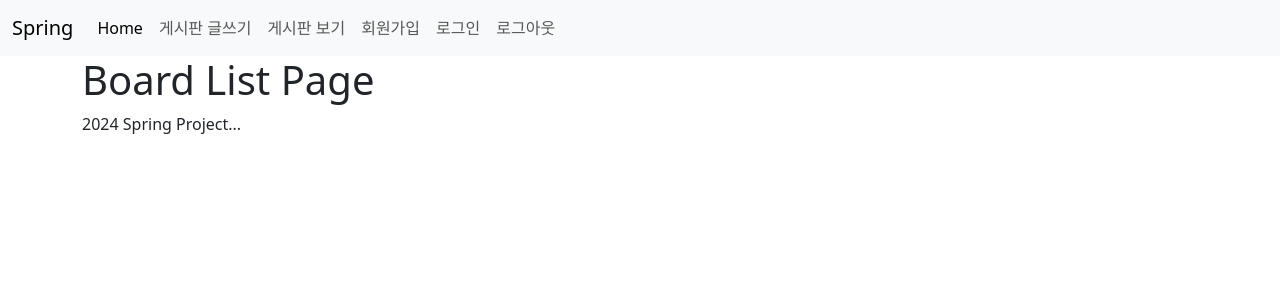
Repository: dhalfks/springTest240430
Page: http://localhost/spring_study/WEB-INF/views/board/list.jsp
These files come from the project's save history. The page is drawn as it stood at one moment and after the next save; the edit follows.
The browser window is 1280 px wide. The pictures show the whole page.
The page is served by Tomcat 9. Nobody is signed in. The template is opened directly, without the code that normally fills it, so the values that code supplies are empty.

Above is the page before, as saved 2024-04-24 03:51:42.

### spring_study/src/main/webapp/WEB-INF/views/board/list.jsp
<%@ page language="java" contentType="text/html; charset=UTF-8"
    pageEncoding="UTF-8"%>

<jsp:include page="../layout/header.jsp" />
<div class="container-md">
	<h1>Board List Page</h1>

</div>
<jsp:include page="../layout/footer.jsp" />

### spring_study/src/main/webapp/WEB-INF/views/layout/header.jsp
<%@ page language="java" contentType="text/html; charset=UTF-8"
    pageEncoding="UTF-8"%>
<!DOCTYPE html>
<html>
<head>
<meta charset="UTF-8">
<title>header.jsp</title>
<link href="https://cdn.jsdelivr.net/npm/bootstrap@5.3.3/dist/css/bootstrap.min.css" rel="stylesheet" integrity="sha384-QWTKZyjpPEjISv5WaRU9OFeRpok6YctnYmDr5pNlyT2bRjXh0JMhjY6hW+ALEwIH" crossorigin="anonymous">
<script src="https://cdn.jsdelivr.net/npm/bootstrap@5.3.3/dist/js/bootstrap.bundle.min.js" integrity="sha384-YvpcrYf0tY3lHB60NNkmXc5s9fDVZLESaAA55NDzOxhy9GkcIdslK1eN7N6jIeHz" crossorigin="anonymous"></script>
</head>
<body>
<nav class="navbar navbar-expand-lg bg-body-tertiary">
  <div class="container-fluid">
    <a class="navbar-brand" href="#">Spring</a>
    <button class="navbar-toggler" type="button" data-bs-toggle="collapse" data-bs-target="#navbarSupportedContent" aria-controls="navbarSupportedContent" aria-expanded="false" aria-label="Toggle navigation">
      <span class="navbar-toggler-icon"></span>
    </button>
    <div class="collapse navbar-collapse" id="navbarSupportedContent">
      <ul class="navbar-nav me-auto mb-2 mb-lg-0">
        <li class="nav-item">
          <a class="nav-link active" aria-current="page" href="/">Home</a>
        </li>
        <li class="nav-item">
          <a class="nav-link" href="/board/register">게시판 글쓰기</a>
        </li>
        <li class="nav-item">
          <a class="nav-link" href="#">게시판 보기</a>
        </li>
        <li class="nav-item">
          <a class="nav-link" href="#">회원가입</a>
        </li>
        <li class="nav-item">
          <a class="nav-link" href="#">로그인</a>
        </li>
        <li class="nav-item">
          <a class="nav-link" href="#">로그아웃</a>
        </li>
       </ul>
    </div>
  </div>
</nav>

### spring_study/src/main/webapp/WEB-INF/views/layout/footer.jsp
<%@ page language="java" contentType="text/html; charset=UTF-8"
    pageEncoding="UTF-8"%>

<div class="container-md">
 	2024 Spring Project...
</div>

</body>
</html>

After the next save:
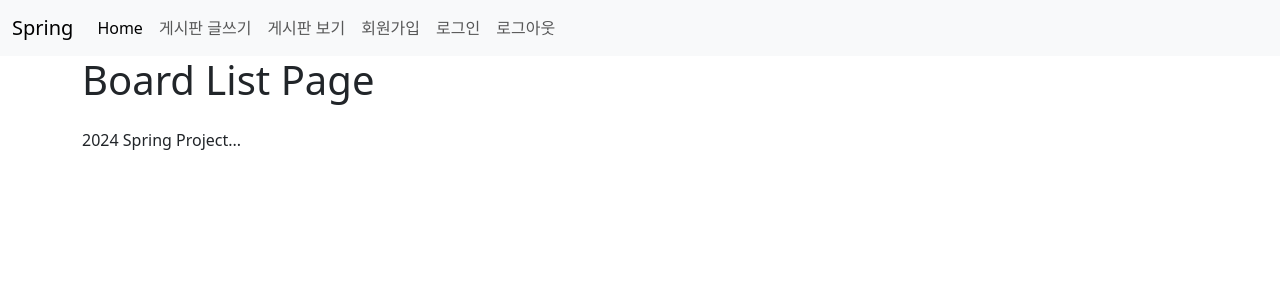
Saved 40 s later.
--- a/spring_study/src/main/webapp/WEB-INF/views/board/list.jsp
+++ b/spring_study/src/main/webapp/WEB-INF/views/board/list.jsp
@@ -4,6 +4,8 @@
 <jsp:include page="../layout/header.jsp" />
 <div class="container-md">
 	<h1>Board List Page</h1>
-
+	<table class="table table-hover">
+		<thead></thead>
+	</table>
 </div>
 <jsp:include page="../layout/footer.jsp" />
